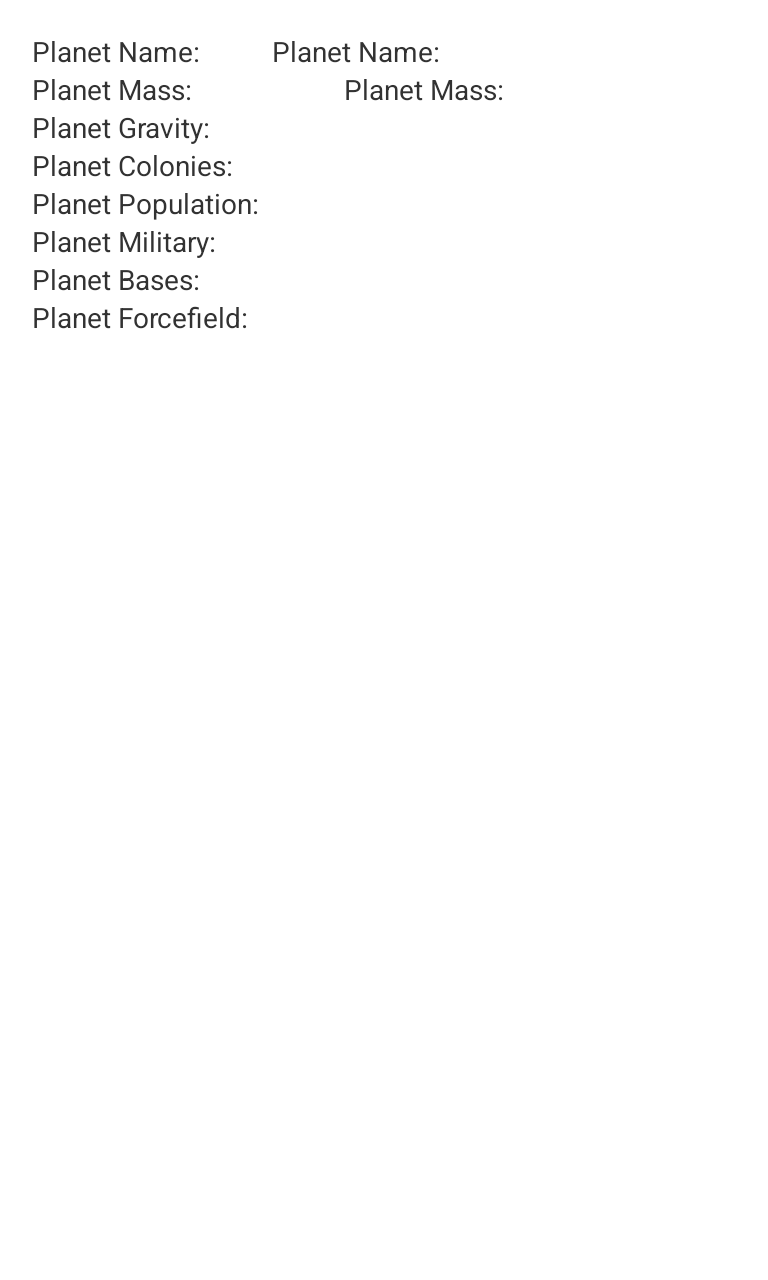
Repository: blender-head/android_basic
Layout: Hello_World/res/layout/activity_main.xml
The author's editor kept a copy of each file at every save. The layout is drawn from the files as they stood at one save, then again after the next save.
It is drawn on a 768 x 1280 px phone screen (xhdpi) without system bars, with theme AppTheme; the app's code is not run. The app's manifest (not shown) leaves right-to-left support off. So textAlignment, textDirection and layoutDirection are ignored, and left and right values win over start and end ones.

Above is the layout before, as saved 2013-12-31 15:29:36.

### Hello_World/res/layout/activity_main.xml
<RelativeLayout xmlns:android="http://schemas.android.com/apk/res/android"
    xmlns:tools="http://schemas.android.com/tools"
    android:layout_width="match_parent"
    android:layout_height="match_parent"
    android:paddingBottom="@dimen/activity_vertical_margin"
    android:paddingLeft="@dimen/activity_horizontal_margin"
    android:paddingRight="@dimen/activity_horizontal_margin"
    android:paddingTop="@dimen/activity_vertical_margin"
    tools:context=".MainActivity" >

	<TextView
        android:id="@+id/textView1"
        android:layout_width="wrap_content"
        android:layout_height="wrap_content"
        android:text="@string/planet_name_label" />

	<TextView
        android:id="@+id/dataView1"
        android:layout_toRightOf="@+id/textView1"
        android:layout_marginLeft="36dip"
        android:layout_width="wrap_content"
        android:layout_height="wrap_content"
        android:text="@string/planet_name_label" />

	<TextView
        android:id="@+id/textView2"
        android:layout_below="@+id/textView1"
        android:layout_width="wrap_content"
        android:layout_height="wrap_content"
        android:text="@string/planet_mass_label" />

	<TextView
        android:id="@+id/dataView2"
        android:layout_toRightOf="@+id/textView2"
        android:layout_alignStart="@+id/dataView1"
        android:layout_below="@+id/dataView1"
        android:layout_marginLeft="36dip"
        android:layout_width="wrap_content"
        android:layout_height="wrap_content"
        android:text="@string/planet_mass_label" />

	<TextView
        android:id="@+id/textView3"
        android:layout_below="@+id/textView2"
        android:layout_width="wrap_content"
        android:layout_height="wrap_content"
        android:text="@string/planet_gravity_label" />

	<TextView
        android:id="@+id/textView4"
        android:layout_below="@+id/textView3"
        android:layout_width="wrap_content"
        android:layout_height="wrap_content"
        android:text="@string/planet_colonies_label" />

	<TextView
        android:id="@+id/textView5"
        android:layout_below="@+id/textView4"
        android:layout_width="wrap_content"
        android:layout_height="wrap_content"
        android:text="@string/planet_population_label" />

	<TextView
        android:id="@+id/textView6"
        android:layout_below="@+id/textView5"
        android:layout_width="wrap_content"
        android:layout_height="wrap_content"
        android:text="@string/planet_military_label" />

	<TextView
        android:id="@+id/textView7"
        android:layout_below="@+id/textView6"
        android:layout_width="wrap_content"
        android:layout_height="wrap_content"
        android:text="@string/planet_bases_label" />

	<TextView
        android:id="@+id/textView8"
        android:layout_below="@+id/textView7"
        android:layout_width="wrap_content"
        android:layout_height="wrap_content"
        android:text="@string/planet_forcefield_label" />

</RelativeLayout>

### Hello_World/res/values/strings.xml
<?xml version="1.0" encoding="utf-8"?>
<resources>

    <string name="app_name">Hello_World</string>
    <string name="action_settings">Settings</string>
    <string name="hello_world">Hello world!</string>

    <string name="planet_name_label">Planet Name: </string>
	<string name="planet_mass_label">Planet Mass: </string>
	<string name="planet_gravity_label">Planet Gravity: </string>
	<string name="planet_colonies_label">Planet Colonies: </string>
	<string name="planet_population_label">Planet Population: </string>
	<string name="planet_military_label">Planet Military: </string>
	<string name="planet_bases_label">Planet Bases: </string>
	<string name="planet_forcefield_label">Planet Forcefield: </string>

</resources>

Loaded but not shown: Hello_World/res/values/styles.xml (common file); Hello_World/res/values-v11/styles.xml (common file); Hello_World/res/values-v14/styles.xml (common file); Hello_World/res/values/dimens.xml (common file)

After the next save:
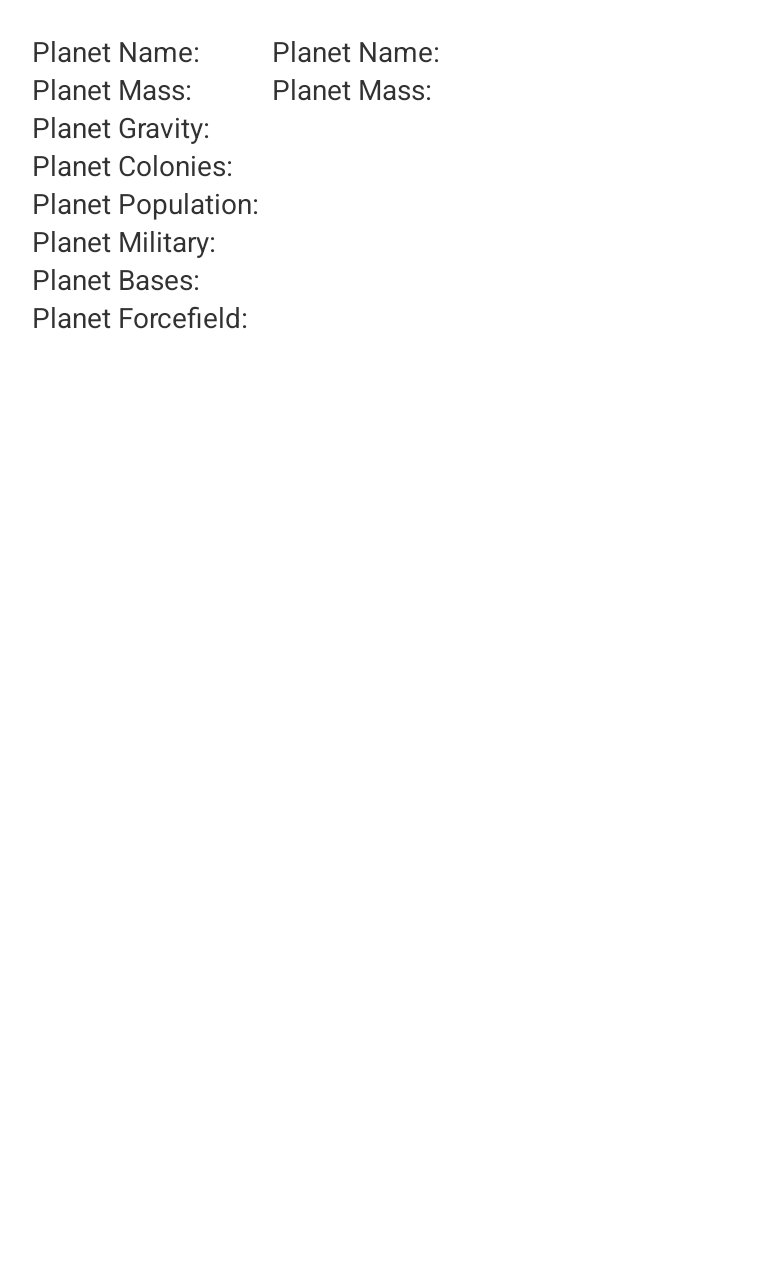
Saved 16 s later.
--- a/Hello_World/res/layout/activity_main.xml
+++ b/Hello_World/res/layout/activity_main.xml
@@ -34,7 +34,6 @@
         android:layout_toRightOf="@+id/textView2"
         android:layout_alignStart="@+id/dataView1"
         android:layout_below="@+id/dataView1"
-        android:layout_marginLeft="36dip"
         android:layout_width="wrap_content"
         android:layout_height="wrap_content"
         android:text="@string/planet_mass_label" />
